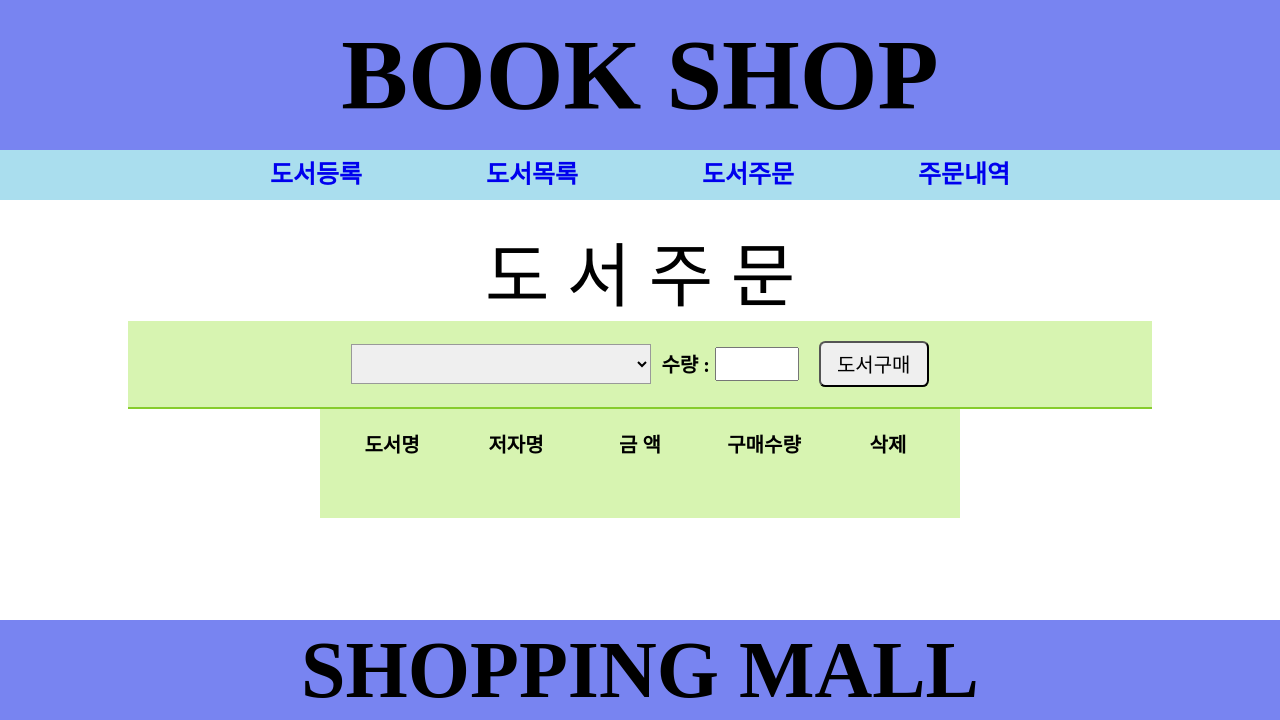
Repository: eunmiyo/BookShop
Page: http://localhost/Book/buy
The author's editor kept a copy of each file at every save. The page is drawn from the files as they stood at one save, then again after the next save.
The browser window is 1280 px wide. The pictures show the whole page.
The page is served by Tomcat 9. Other server files are loaded and not shown. Queries for data that is not in the repository find no rows.

Above is the page before, as saved 2022-12-29 05:48:16.

### Book/src/main/webapp/buy.jsp
<%@ page language="java" contentType="text/html; charset=UTF-8"
    pageEncoding="UTF-8"%>

<%@ taglib prefix="c" uri="http://java.sun.com/jsp/jstl/core"%>
<!DOCTYPE html>
<html>
<head>
<meta charset="UTF-8">
<title>Insert title here</title>

<meta http-equiv="X-UA-Compatible" content="IE=edge" />
<meta name="viewport" content="width=device-width, initial-scale=1.0" />
<link rel="stylesheet" href="style.css">
</head>
<body>
	<%@ include file="top.jsp"%>
		<table class="wap">
			<form method="get" action="">
				<input type="hidden" name="command" value="ADD">
			<caption>도 서 주 문</caption>
			<tr class="bar">
				<td>
				<select name="select">
					<option></option>
				<c:forEach var="book" items="${bookList}" varStatus="status">
					<option value="${book.title} / ${book.writer} / ${book.price}">${book.title} / ${book.writer} / ${book.price}원</option>
				</c:forEach>
				</select>
				<b>수량 : </b>
				<input type="text" class="input" name="count">
				<button class="btn" type="submit" onclick="bookadd();">도서구매</button>
				</td>
			</tr>
			</form>

			<table>
				<tr>
					<th>도서명</th>
					<th>저자명</th>
					<th>금 액</th>
					<th>구매수량</th>
					<th>삭제</th>
				</tr>
				<tr>
					<td></td>
				</tr>
			</table>
		</table>
	<%@ include file="footer.jsp"%>
	<script type="text/javascript" src="./script.js"></script>
</body>
</html>

### Book/src/main/webapp/top.jsp
<%@ page language="java" contentType="text/html; charset=UTF-8"
    pageEncoding="UTF-8"%>
<!DOCTYPE html>
<html>
<head>
<meta charset="UTF-8">
<title>Insert title here</title>
<link rel="stylesheet" href="style.css">
</head>
<body>
	<header>BOOK SHOP</header>
	<nav>
		<ul>
			<li><a href="add">도서등록</a></li>
			<li><a href="list">도서목록</a></li>
			<li><a href="buy">도서주문</a></li>
			<li><a href="order">주문내역</a></li>
		</ul>
	</nav>
</body>
</html>

### Book/src/main/webapp/footer.jsp
<%@ page language="java" contentType="text/html; charset=UTF-8"
    pageEncoding="UTF-8"%>
<!DOCTYPE html>
<html>
<head>
<meta charset="UTF-8">
<title>Insert title here</title>
<link rel="stylesheet" href="style.css">
</head>
<body>
	<footer>SHOPPING MALL</footer>
</body>
</html>

### Book/src/main/java/Controller/BookController.java
package Controller;

import java.io.IOException;
import java.io.PrintWriter;

import javax.servlet.ServletException;
import javax.servlet.annotation.WebServlet;
import javax.servlet.http.HttpServlet;
import javax.servlet.http.HttpServletRequest;
import javax.servlet.http.HttpServletResponse;

import DAO.BookDAO;

@WebServlet("/")
public class BookController extends HttpServlet {
	private static final long serialVersionUID = 1L;


    public BookController() {
        super();
    }

	protected void doGet(HttpServletRequest request, HttpServletResponse response) throws ServletException, IOException {
		request.setCharacterEncoding("UTF-8");
		doPro(request, response);
	}

	protected void doPost(HttpServletRequest request, HttpServletResponse response) throws ServletException, IOException {
		request.setCharacterEncoding("UTF-8");
		doPro(request, response);
	}

	protected void doPro(HttpServletRequest request, HttpServletResponse response) throws ServletException, IOException {
		String context = request.getContextPath(); // 톰캣의 ContextPath()를 가져온다.(server.xml에서 확인)
		String command = request.getServletPath(); // 경로에 맨 끝 파일명을 가져온다.
		String site = null;

		BookDAO book = new BookDAO();

		switch (command) {
		case "/" :
			site = "bookshop.jsp";
			break;
		case "/add" :
			site = "add.jsp";
			break;
		case "/insert" :
			int result = book.insert(request, response);
			response.setContentType("text/html; charset=UTF-8");
			PrintWriter out = response.getWriter();

			if(result == 1) {
				out.print("<script>");
				out.print("alert('상품이 정상적으로 등록 되었습니다!'); location.href='" + context + "/add';");
				out.print("</script>");
				out.flush();
			} else {
				out.print("<script>");
				out.print("alert('등록실패!'); location.href='" + context + "/add';");
				out.print("</script>");
				out.flush();
			}
			break;
		case "/list" :
			site = book.listAll(request, response);
			break;
		case "/delete" :
			int result2 = book.delete(request, response);
			response.setContentType("text/html; charset=UTF-8");
			out = response.getWriter();

			if(result2 == 1) { //삭제성공
				out.print("<script>");
				out.print("alert('상품삭제가 완료 되었습니다!'); location.href='" + context + "/list';");
				out.print("</script>");
				out.flush();
			} else {
				out.print("<script>");
				out.print("alert('삭제실패!'); location.href='" + context + "/list';");
				out.print("</script>");
				out.flush();
			}
		 break;
		case "/modify" :
			site = book.modify(request, response);
			break;
		case "/update" :
			int result3 = book.update(request, response);
			response.setContentType("text/html; charset=UTF-8");
			out = response.getWriter();

			if(result3 == 1) {
				out.print("<script>");
				out.print("alert('상품수정이 완료 되었습니다!'); location.href='" + context + "/list';");
				out.print("</script>");
				out.flush();
			} else {
				out.print("<script>");
				out.print("alert('수정실패!'); location.href='" + context + "/list';");
				out.print("</script>");
				out.flush();
			}
		 break;
		case "/buy" :
			site = book.buy(request, response);
			break;
		case "/buyList" :
			site = book.buyList(request, response);
			break;
		}

		getServletContext().getRequestDispatcher("/" + site).forward(request, response);
	}
}

### Book/src/main/java/DAO/BookDAO.java
package DAO;

import java.sql.Connection;
import java.sql.DriverManager;
import java.sql.PreparedStatement;
import java.sql.ResultSet;
import java.util.ArrayList;

import javax.servlet.http.HttpServletRequest;
import javax.servlet.http.HttpServletResponse;

import DTO.Book;

public class BookDAO {
	Connection conn = null;
	PreparedStatement ps = null;
	ResultSet rs = null;

	public static Connection getConnection() throws Exception {
		Class.forName("oracle.jdbc.OracleDriver");
		Connection con = DriverManager
				.getConnection("jdbc:oracle:thin:@localhost:1521:xe", "test", "test1234");
		return con;
	}

	//상품등록
	public int insert(HttpServletRequest request, HttpServletResponse response) {
		String title = request.getParameter("title");
		String writer = request.getParameter("writer");
		int price = Integer.parseInt(request.getParameter("price"));
		int stock = Integer.parseInt(request.getParameter("stock"));
		int result = 0;

		try {
			conn = getConnection();
			String sql = "INSERT INTO BOOK_LIST VALUES(BOOK_SEQ.NEXTVAL, ?, ?, ?, ?)";
			ps = conn.prepareStatement(sql);
			ps.setString(1, title);
			ps.setString(2, writer);
			ps.setInt(3, price);
			ps.setInt(4, stock);

			result = ps.executeUpdate();

			conn.close();
			ps.close();

		} catch (Exception e) {
			e.printStackTrace();
		}
		return result;
	}

	//상품조회
	public String listAll(HttpServletRequest request, HttpServletResponse response) {
		ArrayList<Book> bookList = new ArrayList<Book>();

		 try {
			 conn = getConnection();
			 String sql = "SELECT * FROM BOOK_LIST";

			ps = conn.prepareStatement(sql);
			rs = ps.executeQuery();

			while(rs.next()) {
				Book book = new Book();
				book.setNo(rs.getInt(1));
				book.setTitle(rs.getString(2));
				book.setWriter(rs.getString(3));
				book.setPrice(rs.getInt(4));
				book.setStock(rs.getInt(5));

				bookList.add(book);
			}
			request.setAttribute("bookList", bookList);

			conn.close();
			rs.close();

		 	} catch (Exception e) {
				e.printStackTrace();
		 	}

		 return "list.jsp";
	}

	//상품삭제하기
	public int delete(HttpServletRequest request, HttpServletResponse response) {
		int result = 0;

		try {
			conn = getConnection();
			int no = Integer.parseInt(request.getParameter("no"));
			String sql = "DELETE FROM BOOK_LIST WHERE BOOK_NO = " + no;

			ps = conn.prepareStatement(sql);
			result = ps.executeUpdate(); //쿼리문 실행

			conn.close();
			ps.close();

		} catch (Exception e) {
			e.printStackTrace();
		}

		return result;
	}

	//상품수정 전 화면 보여주기
	public String modify(HttpServletRequest request, HttpServletResponse response) {
		try {
			conn = getConnection();
			int no = Integer.parseInt(request.getParameter("no"));

			String sql = "SELECT TITLE, WRITER, PRICE, STOCK FROM BOOK_LIST WHERE BOOK_NO = " + no;

			ps = conn.prepareStatement(sql);
			rs = ps.executeQuery();

			Book book = new Book();

			if(rs.next()) {
				book.setTitle(rs.getString(1));
				book.setWriter(rs.getString(2));
				book.setPrice(rs.getInt(3));
				book.setStock(rs.getInt(4));
			}

			request.setAttribute("book", book);

			conn.close();
			ps.close();
			rs.close();

		} catch (Exception e) {
			e.printStackTrace();
		}

		return "modify.jsp";
	}

	//상품수정
	public int update(HttpServletRequest request, HttpServletResponse response) {
		String title = request.getParameter("title");
		String writer = request.getParameter("writer");
		int price = Integer.parseInt(request.getParameter("price"));
		int stock = Integer.parseInt(request.getParameter("stock"));
		int result = 0;

		try {
			conn = getConnection();

			String sql = "UPDATE BOOK_LIST SET WRITER = ?, "
					+ "PRICE = ?, STOCK = ? "
					+ "WHERE TITLE = ? ";

			ps = conn.prepareStatement(sql);
			ps.setString(1,writer);
			ps.setInt(2, price);
			ps.setInt(3, stock);
			ps.setString(4, title);

			result = ps.executeUpdate();

			conn.close();
			ps.close();

		} catch (Exception e) {
			e.printStackTrace();
		}
		return result;
	}

	//구매 도서 리스트
	public String buy(HttpServletRequest request, HttpServletResponse response) {
		ArrayList<Book> bookList = new ArrayList<Book>();

		 try {
			 conn = getConnection();
			 String sql = "SELECT TITLE, WRITER, PRICE FROM BOOK_LIST";

			ps = conn.prepareStatement(sql);
			rs = ps.executeQuery();

			while(rs.next()) {
				Book book = new Book();
				book.setTitle(rs.getString(1));
				book.setWriter(rs.getString(2));
				book.setPrice(rs.getInt(3));

				bookList.add(book);
			}
			request.setAttribute("bookList", bookList);

			conn.close();
			rs.close();

		 	} catch (Exception e) {
				e.printStackTrace();
		 	}

		 return "buy.jsp";
	}

	//구매 리스트
	public String buyList(HttpServletRequest request, HttpServletResponse response) {
		String title = request.getParameter("title");
		String writer = request.getParameter("writer");
		int price = Integer.parseInt(request.getParameter("price"));
		int count = Integer.parseInt(request.getParameter("count"));

		try {
			conn = getConnection();
			String sql = "INSERT INTO BOOK_ORDER VALUES(?, ?, ?, ?);";
			ps = conn.prepareStatement(sql);
			ps.setString(1, title);
			ps.setString(2, writer);
			ps.setInt(3, price);
			ps.setInt(4, count);

			ps.executeUpdate();

			conn.close();
			ps.close();

		} catch (Exception e) {
			e.printStackTrace();
		}
		return "buyList";
	}
}

### Book/src/main/webapp/style.css
@charset "UTF-8";

* {
	margin: 0;
	padding: 0;
}

header {
	top: 0;
	width: 100%;
	text-align: center;
	background: #7884F1;
	color: black;
	height: 150px;
	line-height: 150px;
	font-size: 100px;
	font-weight: bold;
}

nav ul {
	height: 50px;
	line-height: 50px;
	width: 100%;
	background: #AADEEE;
	color: black;
	text-align: center;
}

nav ul li {
	list-style: none;
	padding: 0 60px;
	display: inline-block;
	font-weight: bold;
	font-size: 25px;
}

section {
	position: absolute;
	overflow: auto;
	width: 100%;
	height: 100%;
	background: white;
}

a {
	text-decoration: none;
}

a:hover {
	cursor: pointer;
}

img {
	margin: auto;
    display: block;
    padding: 100px;
    width: 40%;
}

caption {
	font-size: 70px;
	margin-top: 20px;
	text-align: center;
}

table {
	padding-top: 50px;
	background: #D7F4B1;
	margin-left:auto;
    margin-right:auto;
}

table{
	border-collapse: collapse;
	width: 50%;
	height: 60px;
	font-size: 20px;
}

.wap {
	border-collapse: collapse;
	width: 80%;
	height: 100%;
	font-size: 20px;
}

.bar {
	border-bottom: 2px solid #86CC2C;
}

tr, td, th {
	display: flex;
	justify-content: center;
	align-items: center;
	padding: 10px;
}

th{
	width: 20%;
}

.list{
	width: 20%;
	padding: 0;
}

input {
	height: 30px;
	width: 300px;
}

b {
	margin-left: 10px;
}

.input {
	margin-left: 5px;
	height: 30px;
	width: 80px;
}

.btn {
	padding: 0.4rem 1rem;
	border-radius: 0.4rem;
	font-size: 20px;
	margin-left: 20px;
	text-align: center;
}

select {
	width: 300px;
	padding: .8em .5em;
	border: 1px solid #999;
	font-family: inherit;
	border-radius: 0px;
}

footer {
	position: fixed;
	bottom: 0;
	width: 100%;
	text-align: center;
	background: #7884F1;
	color: black;
	height: 100px;
	line-height: 100px;
	font-size: 80px;
	font-weight: bold;
}

### Book/src/main/webapp/script.js
function fn_submit() {
	var f = document.frm;

	if(f.title.value == "") {
		alert("도서명이 입력되지 않았습니다!")
		f.title.focus();
		return false;
	}

	if(f.writer.value == "") {
		alert("저자명이 입력되지 않았습니다!")
		f.writer.focus();
		return false;
	}

	if(f.price.value == "") {
		alert("금액이 입력되지 않았습니다!")
		f.price.focus();
		return false;
	}

	if(f.stock.value == "") {
		alert("재고수량이 입력되지 않았습니다!")
		f.stock.focus();
		return false;
	}

	f.submit();
}

function chkDelete(no) {
	const result = confirm("삭제하시겠습니까?");

	if(result){
			const url = location.origin; //'http://localhost:8090'
			location.href = url + "/Book/delete?no=" + no; //페이지이동

		} else {
			return false;
		}
}

function bookadd() {
    var url = location.search;
    console.log(url);
}

After the next save:
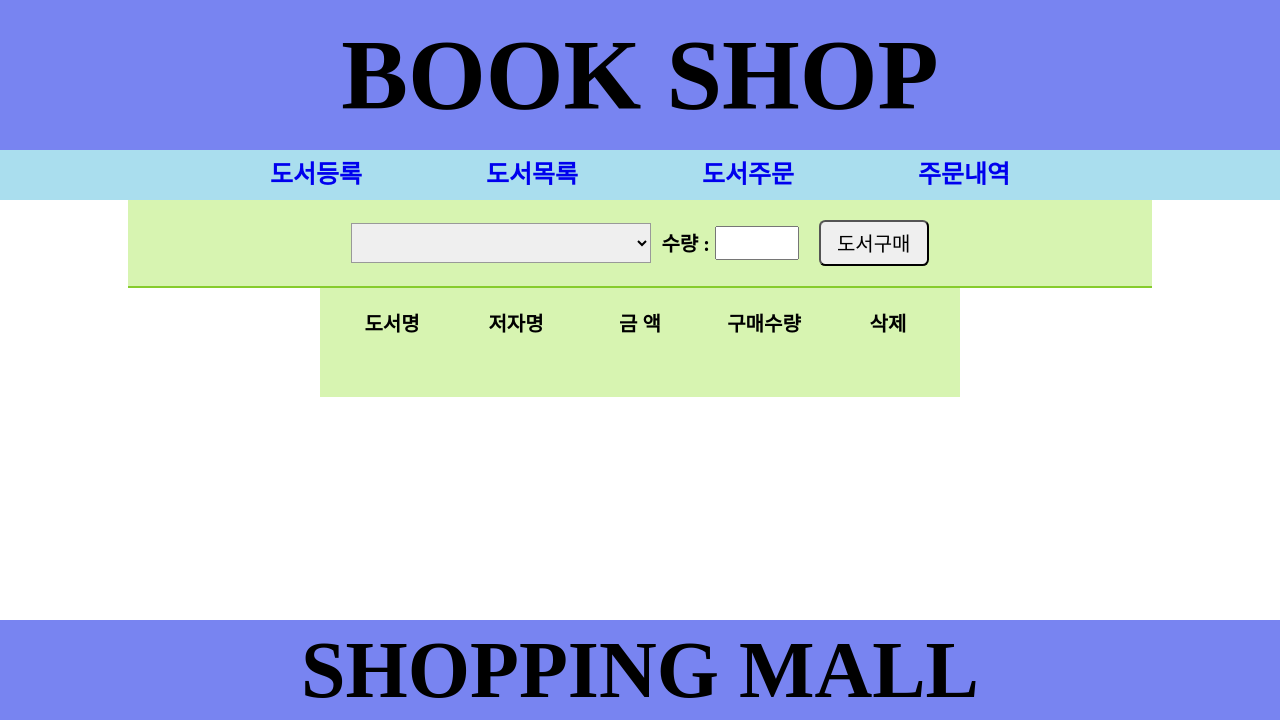
Saved 2 min 17 s later.
--- a/Book/src/main/webapp/buy.jsp
+++ b/Book/src/main/webapp/buy.jsp
@@ -15,9 +15,6 @@
 <body>
 	<%@ include file="top.jsp"%>
 		<table class="wap">
-			<form method="get" action="">
-				<input type="hidden" name="command" value="ADD">
-			<caption>도 서 주 문</caption>
 			<tr class="bar">
 				<td>
 				<select name="select">
@@ -28,10 +25,9 @@
 				</select>
 				<b>수량 : </b>
 				<input type="text" class="input" name="count">
-				<button class="btn" type="submit" onclick="bookadd();">도서구매</button>
+				<button class="btn" type="button" onclick="bookadd();">도서구매</button>
 				</td>
 			</tr>
-			</form>
 
 			<table>
 				<tr>
